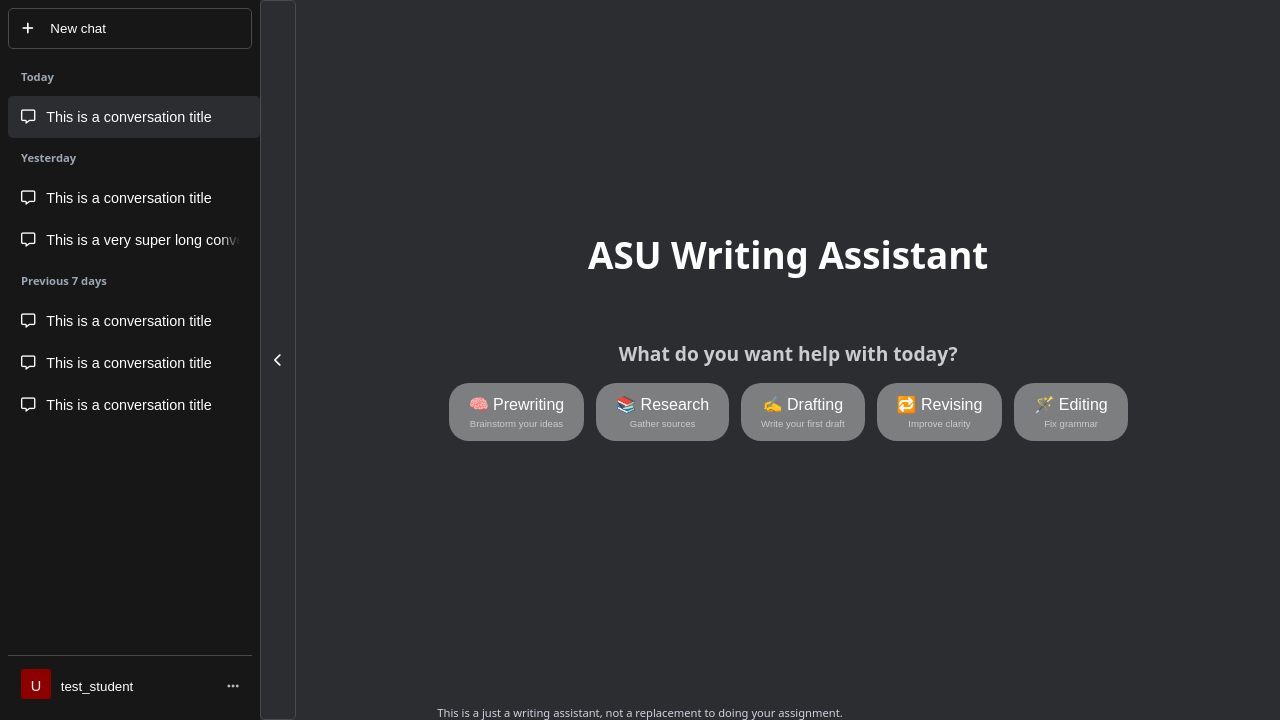
Repository: nysajain/asu-ai-writing-assistant
Page: frontend/index.html
An editor plug-in stored every save of this project. The page is shown before and after the next save, followed by the edit.
The browser window is 1280 px wide. The pictures show the whole page.

Above is the page before, as saved 2025-04-21 15:15:36.

### frontend/index.html
<!DOCTYPE html>
<html lang="en">

<head>
    <meta charset="UTF-8" />
    <meta http-equiv="X-UA-Compatible" content="IE=edge" />
    <meta name="viewport" content="width=device-width, initial-scale=1.0" />
    <link rel="stylesheet" href="style.css" />
    <link rel="stylesheet" href="https://cdnjs.cloudflare.com/ajax/libs/font-awesome/6.4.2/css/all.min.css"
        integrity="sha512-z3gLpd7yknf1YoNbCzqRKc4qyor8gaKU1qmn+CShxbuBusANI9QpRohGBreCFkKxLhei6S9CQXFEbbKuqLg0DA=="
        crossorigin="anonymous" referrerpolicy="no-referrer" />
    <title>ASU Writing Bot</title>
</head>

<body>
    <nav id="sidebar">
        <div class="float-top">
            <div class="sidebar-controls">
                <button class="new-chat"><i class="fa fa-plus"></i> New chat</button>
            </div>
            <ul class="conversations">
                <li class="grouping">Today</li>
                <li class="active">
                    <button class="conversation-button"><i class="fa fa-message fa-regular"></i> This is a conversation
                        title</button>
                    <div class="fade"></div>
                    <div class="edit-buttons">
                        <button><i class="fa fa-edit"></i></button>
                        <button><i class="fa fa-trash"></i></button>
                    </div>
                </li>
                <li class="grouping">Yesterday</li>
                <li>
                    <button class="conversation-button"><i class="fa fa-message fa-regular"></i> This is a conversation
                        title</button>
                    <div class="fade"></div>
                    <div class="edit-buttons">
                        <button><i class="fa fa-edit"></i></button>
                        <button><i class="fa fa-trash"></i></button>
                    </div>
                </li>
                <li>
                    <button class="conversation-button"><i class="fa fa-message fa-regular"></i> This is a very super
                        long conversation title that doesn't fit</button>
                    <div class="fade"></div>
                    <div class="edit-buttons">
                        <button><i class="fa fa-edit"></i></button>
                        <button><i class="fa fa-trash"></i></button>
                    </div>
                </li>
                <li class="grouping">Previous 7 days</li>
                <li>
                    <button class="conversation-button"><i class="fa fa-message fa-regular"></i> This is a conversation
                        title</button>
                    <div class="fade"></div>
                    <div class="edit-buttons">
                        <button><i class="fa fa-edit"></i></button>
                        <button><i class="fa fa-trash"></i></button>
                    </div>
                </li>
                <li>
                    <button class="conversation-button"><i class="fa fa-message fa-regular"></i> This is a conversation
                        title</button>
                    <div class="fade"></div>
                    <div class="edit-buttons">
                        <button><i class="fa fa-edit"></i></button>
                        <button><i class="fa fa-trash"></i></button>
                    </div>
                </li>
                <li>
                    <button class="conversation-button"><i class="fa fa-message fa-regular"></i> This is a conversation
                        title</button>
                    <div class="fade"></div>
                    <div class="edit-buttons">
                        <button><i class="fa fa-edit"></i></button>
                        <button><i class="fa fa-trash"></i></button>
                    </div>
                </li>
            </ul>
        </div>
        <div class="user-menu">
            <button>
                <i class="user-icon">u</i>
                test_student
                <i class="fa fa-ellipsis dots"></i>
            </button>
            <ul>
                <li><button>Settings</button></li>
                <li><button>Log out</button></li>
            </ul>
        </div>
    </nav>

    <button class="hide-sidebar" title="Toggle Sidebar"><i class="fa fa-chevron-left"></i></button>

    <main>
        <!-- New Chat View -->
        <!-- Home screen where user chooses a step -->
        <div class="view new-chat-view">
            <div class="logo">ASU Writing Assistant</div>
            <div class="step-selection">
                <p>What do you want help with today?</p>
                <div class="step-buttons">
                    <button class="step-button" data-step="prewriting">
                        🧠 Prewriting
                        <span class="desc">Brainstorm your ideas</span>
                    </button>
                    <button class="step-button" data-step="research">
                        📚 Research
                        <span class="desc">Gather sources</span>
                    </button>
                    <button class="step-button" data-step="drafting">
                        ✍️ Drafting
                        <span class="desc">Write your first draft</span>
                    </button>
                    <button class="step-button" data-step="revising">
                        🔁 Revising
                        <span class="desc">Improve clarity</span>
                    </button>
                    <button class="step-button" data-step="editing">
                        🪄 Editing
                        <span class="desc">Fix grammar</span>
                    </button>
                </div>
            </div>
        </div>



        <!-- Step Views -->
        <div class="view conversation-view" id="prewriting-view" data-step="prewriting">
            <button class="home-icon-button" title="Back to Home"><i class="fa fa-home"></i></button>
            <div class="model-name"><i class="fa fa-pencil"></i> Prewriting</div>
            <div class="messages" id="prewriting-messages"></div>
            <div class="message-form">
                <div class="message-wrapper">
                    <textarea id="message-prewriting" class="message-input" rows="1" placeholder="Send a message"></textarea>
                    <button id="send-prewriting" class="send-button"><i class="fa fa-paper-plane"></i></button>
                </div>
            </div>
        </div>

        <div class="view conversation-view" id="research-view" data-step="research">
            <button class="home-icon-button" title="Back to Home"><i class="fa fa-home"></i></button>
            <div class="model-name"><i class="fa fa-book"></i> Research</div>
            <div class="messages" id="research-messages"></div>
            <div class="message-form">
                <div class="message-wrapper">
                    <textarea id="message-research" class="message-input" rows="1" placeholder="Send a message"></textarea>
                    <button id="send-research" class="send-button"><i class="fa fa-paper-plane"></i></button>
                </div>
            </div>
        </div>

        <div class="view conversation-view" id="drafting-view" data-step="drafting">
            <button class="home-icon-button" title="Back to Home">
                <i class="fa fa-home"></i>
            </button>
            <div class="model-name"><i class="fa fa-keyboard"></i> Drafting</div>
            <div class="messages" id="drafting-messages"></div>
            <div class="message-form">
                <div class="message-wrapper">
                    <textarea id="message-drafting" class="message-input" rows="1" placeholder="Send a message"></textarea>
                    <button id="send-drafting" class="send-button"><i class="fa fa-paper-plane"></i></button>
                </div>
            </div>
        </div>


        <div class="view conversation-view" id="revising-view" data-step="revising">
            <button class="home-icon-button" title="Back to Home"><i class="fa fa-home"></i></button>
            <div class="model-name"><i class="fa fa-sync"></i> Revising</div>
            <div class="messages" id="revising-messages"></div>
            <div class="message-form">
                <div class="message-wrapper">
                    <textarea id="message-revising" class="message-input" rows="1" placeholder="Send a message"></textarea>
                    <button id="send-revising" class="send-button"><i class="fa fa-paper-plane"></i></button>
                </div>
            </div>
        </div>

        <div class="view conversation-view" id="editing-view" data-step="editing">
            <button class="home-icon-button" title="Back to Home"><i class="fa fa-home"></i></button>
            <div class="model-name"><i class="fa fa-spell-check"></i> Editing</div>
            <div class="messages" id="editing-messages"></div>
            <div class="message-form">
                <div class="message-wrapper">
                    <textarea id="message-editing" class="message-input" rows="1" placeholder="Send a message"></textarea>
                    <button id="send-editing" class="send-button"><i class="fa fa-paper-plane"></i></button>
                </div>
            </div>
        </div>
        <div class="disclaimer">
            This is a just a writing assistant, not a replacement to doing your assignment.
        </div>
    </main>

    <script src="script.js"></script>
</body>

</html>

### frontend/style.css
html,
body {
    width: 100%;
    height: 100%;
    margin: 0;
    padding: 0;
}

:root {
    --color-white: #fff;
    --color-main: #2c2d30;
    --color-main-fade: #2c2d3000;
    --color-secondary: #171717;
    --color-secondary-fade: #17171700;
    --color-button-hover: #242629;
    --color-button-hover-fade: #24262900;
    --color-user-icon: #8e0000;
    --color-groupings: #9ca6b5;
    --color-gpt-icon: #000000;
    --color-black: #1e1e1f;
    --color-user-menu-hover: #383b42;
    --color-text: #f5f9ff;
    --color-gpt3: #5fc319;
    --color-gpt4: #f22626;
    --color-secondary-p: #c9ccd1;
    --color-logo: #fffefe;
    --color-model-name: #ffffff;
    --color-assistant-bg: #3f4042;
    --color-assistant-text: #e1e6ed;
    --color-disclaimer: #d0d2e1;
    --color-border1: #484a4e;
    --color-user-menu-border: #34373a;
    --color-user-menu-selected-border: #4a5562;
    --color-border2: #292d32;
    --color-user-message-border: #2f353d;
}

body {
    background: var(--color-main);
    display: flex;
    font-size: 1em;
    font-family: system-ui, sans-serif;
}

#sidebar {
    position: relative;
    left: 0;
    background: var(--color-secondary);
    width: 260px;
    padding: 8px;
    box-sizing: border-box;
    display: flex;
    justify-content: space-between;
    flex-direction: column;
    transition: all 0.2s ease-in-out;
}

.float-top {
    display: flex;
    flex-direction: column;
    height: calc(100% - 50px);
}

#sidebar.hidden {
    left: -260px;
    margin-right: -260px;
}

#sidebar.hidden .hide-sidebar {
    left: 60px;
    transform: rotate(180deg);
    padding: 15px 13px 11px 13px;
}

button {
    display: block;
    background: inherit;
    border: 1px solid var(--color-border1);
    border-radius: 5px;
    color: var(--color-white);
    padding: 13px;
    box-sizing: border-box;
    text-align: left;
    cursor: pointer;
}

button:hover {
    background: var(--color-button-hover);
}

.sidebar-controls {
    display: flex;
    gap: 10px;
    margin-bottom: 8px;
}

.sidebar-controls button {
    padding: 12px 13px 12px 13px;
    color: white
}

.hide-sidebar {
    position: relative;
    left: 0;
    top: 0;
    transition: all 0.2s ease-in-out;
    transform: rotate(0deg);
}

.new-chat i {
    margin-right: 13px;
}

.new-chat {
    flex: 1;
}

.conversations {
    width: calc(100% + 8px);
    overflow-y: scroll;
}

.conversations,
.conversations li {
    list-style: none;
    list-style-type: none;
    margin: 0;
    padding: 0;
}

.conversations li {
    position: relative;
}

.conversations li .fa {
    margin-right: 7px;
}

.conversations li>button {
    width: 100%;
    border: none;
    font-size: 0.9em;
    white-space: nowrap;
    overflow: hidden;
}

.conversations li.active>button {
    background: var(--color-main);
}

.edit-buttons {
    display: none;
    position: absolute;
    right: 8px;
    top: 0;
}

.conversations li:hover .edit-buttons {
    display: flex;
}

.fade {
    position: absolute;
    right: 0;
    top: 0;
    background: var(--color-user-icon);
    width: 40px;
    height: 100%;
    border-radius: 5px;
    background: transparent;
    background: linear-gradient(90deg, var(--color-secondary-fade) 0%, var(--color-secondary) 50%);
}

.conversations li.active .fade {
    background: linear-gradient(90deg, var(--color-main-fade) 0%, var(--color-main) 50%);
}

.conversations li:hover .fade {
    width: 80px;
    background: linear-gradient(90deg, var(--color-button-hover-fade) 0%, var(--color-button-hover) 30%);
}

.edit-buttons button {
    border: none;
    padding: 0;
    margin: 13px 1px 13px 1px;
    opacity: 0.7;
}

.edit-buttons button:hover {
    background: none;
    opacity: 1;
}

.conversations li.grouping {
    color: var(--color-groupings);
    font-size: 0.7em;
    font-weight: bold;
    padding-left: 13px;
    margin-top: 12px;
    margin-bottom: 12px;
}

i.user-icon {
    padding: 6px;
    color: var(--color-white);
    background: var(--color-user-icon);
    display: inline-block;
    text-align: center;
    width: 15px;
    border-radius: 3px;
    margin-right: 6px;
    font-style: normal;
    width: 18px;
    height: 18px;
    font-size: 15px;
    text-transform: uppercase;
    font-family: system-ui, sans-serif;
}

.gpt.user-icon {
    background: var(--color-gpt-icon);
}

.user-menu {
    position: relative;
    border-top: 1px solid var(--color-border1);
}

.user-menu button {
    width: 100%;
    border: none;
}

.user-menu .dots {
    position: relative;
    top: 11px;
    float: right;
    opacity: 0.7;
}

.user-menu>ul,
.user-menu li {
    list-style: none;
    list-style-type: none;
    padding: 0;
    margin: 0;
}

.user-menu>ul {
    display: none;
    position: absolute;
    top: 0;
    left: 0;
    opacity: 0;
    transform: translateY(-100%);
    background: var(--color-black);
    border-radius: 10px;
    width: 100%;
    transition: all 0.2s ease-in-out;
}

.user-menu>ul.show-animate {
    display: block;
}

.user-menu>ul.show {
    opacity: 1;
    margin-top: -8px;
}

.user-menu li button {
    border-radius: 0;
}

.user-menu li button:hover {
    background: var(--color-user-menu-hover);
}

.user-menu li:first-child button {
    border-top-left-radius: 5px;
    border-top-right-radius: 5px;
}

.user-menu li:last-child button {
    border-top: 1px solid var(--color-user-menu-border);
    border-bottom-left-radius: 5px;
    border-bottom-right-radius: 5px;
}

::-webkit-scrollbar {
    width: 9px;
}

::-webkit-scrollbar-track {
    background-color: transparent;
}

::-webkit-scrollbar-thumb {
    background-color: transparent;
}

:hover::-webkit-scrollbar-thumb {
    background-color: var(--color-text)c3;
    border-radius: 5px;
}

::-webkit-scrollbar-thumb:hover {
    background-color: var(--color-text);
    border-radius: 5px;
}

main {
    width: 100%;
    margin: 0 auto;
    display: flex;
    flex-direction: column;
    align-content: center;
    justify-content: space-between;
    padding: 0 0 30px 0;
    box-sizing: border-box;
    position: relative;
}

main .view {
    display: flex;
    flex-direction: column;
}

.logo {
    position: relative;
    z-index: 1;
    color: var(--color-logo);
    font-weight: bold;
    text-align: center;
    font-size: 2.3em;
}


.view.new-chat-view {
    display: flex;
    flex-direction: column;
    justify-content: center;
    align-items: center;
    height: 100vh;
}

.step-selection {
    color: var(--color-logo);
    font-weight: bold;
    text-align: center;
    font-size: 2.3em;
    padding: 20px;
}

.view.conversation-view {
    display: none;
    flex-direction: column;
    height: 100vh;
    position: relative;
    padding-bottom: 100px;
}

.model-name {
    background: var(--color-main);
    text-align: center;
    color: var(--color-model-name);
    padding: 23px;
    border-bottom: 1px solid var(--color-border2);
    font-size: 0.85em;
}

.message {
    display: flex;
    gap: 20px;
    padding: 25px 60px 15px 60px;
    border-bottom: 1px solid var(--color-border2);
    font-size: 0.95em;
}

.messages{
    padding-bottom: 120px;
}

.message .content {
    padding-top: 5px;
}

.user.message {
    color: var(--color-text);
}

.assistant.message {
    background: var(--color-assistant-bg);
    color: var(--color-assistant-text);
}


.message-form {
    position: fixed;
    bottom: 20px; /* Creates visible gap */
    left: 0;
    right: 0;
    width: 100%;
    display: flex;
    justify-content: center;
    z-index: 100;
    background: transparent;
    padding: 0 20px;
}

.message-wrapper {
    width: 100%;
    max-width: 850px;
    background: var(--color-user-menu-hover);
    border-radius: 25px;
    display: flex;
    align-items: center;
    padding: 10px 20px;
    border: 1px solid var(--color-user-message-border);
    box-shadow: rgba(0, 0, 0, 0.3) 0 0 10px;
}

textarea.message-input {
    background: var(--color-user-menu-hover);
    border-radius: 13px;
    width: 100%;
    box-sizing: border-box;
    border: 1px solid var(--color-user-message-border);
    resize: none;
    padding: 17px 85px 17px 15px;
    font-family: inherit;
    font-size: 1em;
    color: var(--color-white);
    box-shadow: rgba(0, 0, 0, 0.2) 0 0 45px;
    outline: none;
}

textarea.message-input::placeholder {
    color: var(--color-groupings);
}

.send-button {
    background: #4caf50;
    border: none;
    color: white;
    padding: 10px;
    border-radius: 50%;
    margin-left: 12px;
    cursor: pointer;
    font-size: 1.2em;
    flex-shrink: 0;
    display: flex;
    align-items: center;
    justify-content: center;
    min-width: 40px;
    min-height: 40px;
}

.send-button:hover {
    background: #45a049;
}

.disclaimer {
    position: fixed;
    bottom: 0;
    left: 0;
    right: 0;
    margin-top: 12px;
    color: var(--color-disclaimer);
    font-size: 0.7em;
    text-align: center;
}

p {
    margin: 0 0 1.5em 0;
}

.step-selection {
    text-align: center;
    margin-top: 40px;
}

.step-selection p {
    font-size: 1.2rem;
    margin-bottom: 16px;
    color: var(--color-secondary-p);
}

.step-buttons {
    display: flex;
    flex-wrap: wrap;
    justify-content: center;
    gap: 12px;
}

.step-button {
    padding: 12px 20px;
    font-size: 1rem;
    border: none;
    background-color: #f0f0f069;
    border-radius: 20px;
    cursor: pointer;
    transition: all 0.2s;
    display: flex;
    flex-direction: column;
    align-items: center;
    text-align: center;
}

.step-button .desc {
    font-size: 0.6rem;
    color: #ccc;
    margin-top: 4px;
    font-weight: normal;
}


.step-button:hover {
    background-color: #ddddddb5;
}

.home-icon-button {
    position: absolute;
    top: 16px;
    right: 16px;
    background: none;
    border: none;
    font-size: 1.2rem;
    cursor: pointer;
    color: #555;
    z-index: 10;
}

.home-icon-button:hover {
    color: #cfc9c9c2;
}

.assistant.message .content p {
    margin-bottom: 0.5em;
    line-height: 1.5;
}

.assistant.message .content strong {
    color: #ffecb3;
    font-weight: 600;
}

Loaded but not shown: frontend/script.js (166 lines, source omitted)

After the next save:
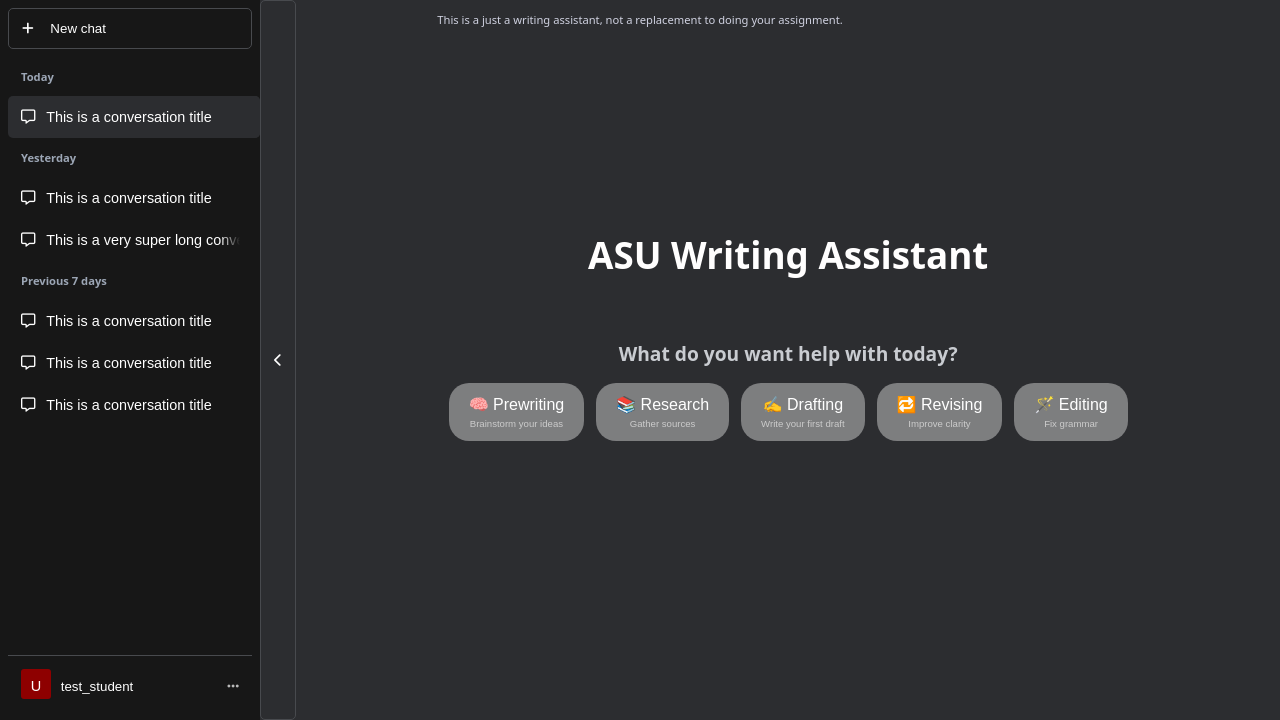
Saved 20 s later.
--- a/frontend/style.css
+++ b/frontend/style.css
@@ -463,7 +463,7 @@
 
 .disclaimer {
     position: fixed;
-    bottom: 0;
+    bottom: 10;
     left: 0;
     right: 0;
     margin-top: 12px;

After the 4 saves that followed:
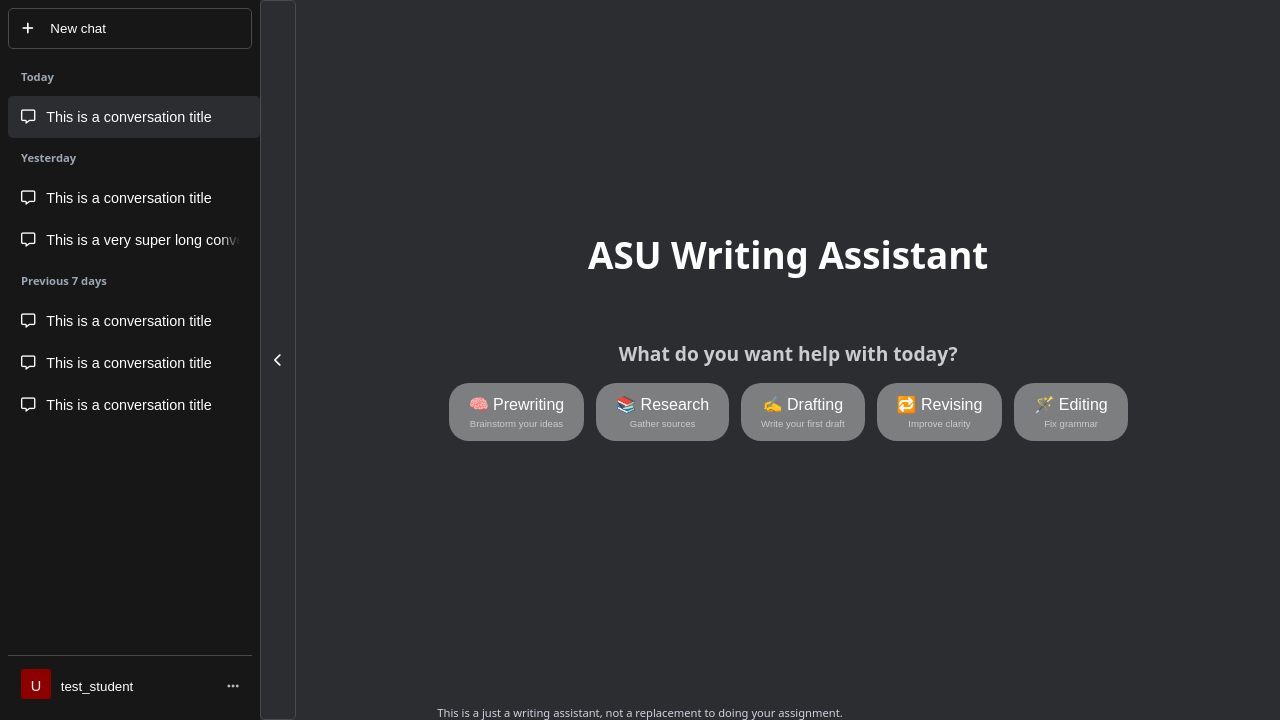
The 4 saves are shown as one change because 2 left the picture as it was and some came seconds apart.
The last was saved 20 s later.
--- a/frontend/style.css
+++ b/frontend/style.css
@@ -463,7 +463,7 @@
 
 .disclaimer {
     position: fixed;
-    bottom: 10;
+    bottom: 0;
     left: 0;
     right: 0;
     margin-top: 12px;
